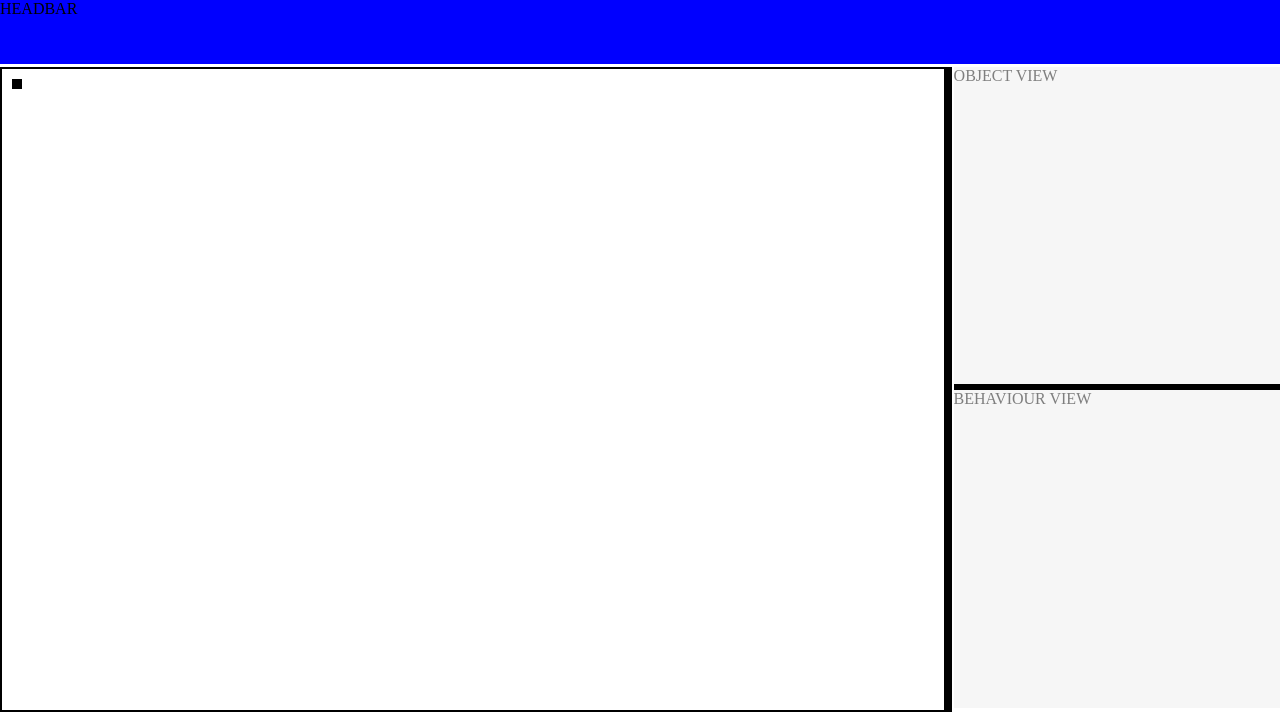
Repository: n-donnelly/onlinegameproto
Page: GameProto/WebContent/Content/main.html
The author's editor kept a record of every edit. The page is drawn from the files as they stood at one moment, then again after the next edit.
The browser window is 1280 px wide. The pictures show the whole page.
Some web libraries are served in a nearby version.

Above is the page before.
Console error: ReferenceError: go is not defined

After the next edit:
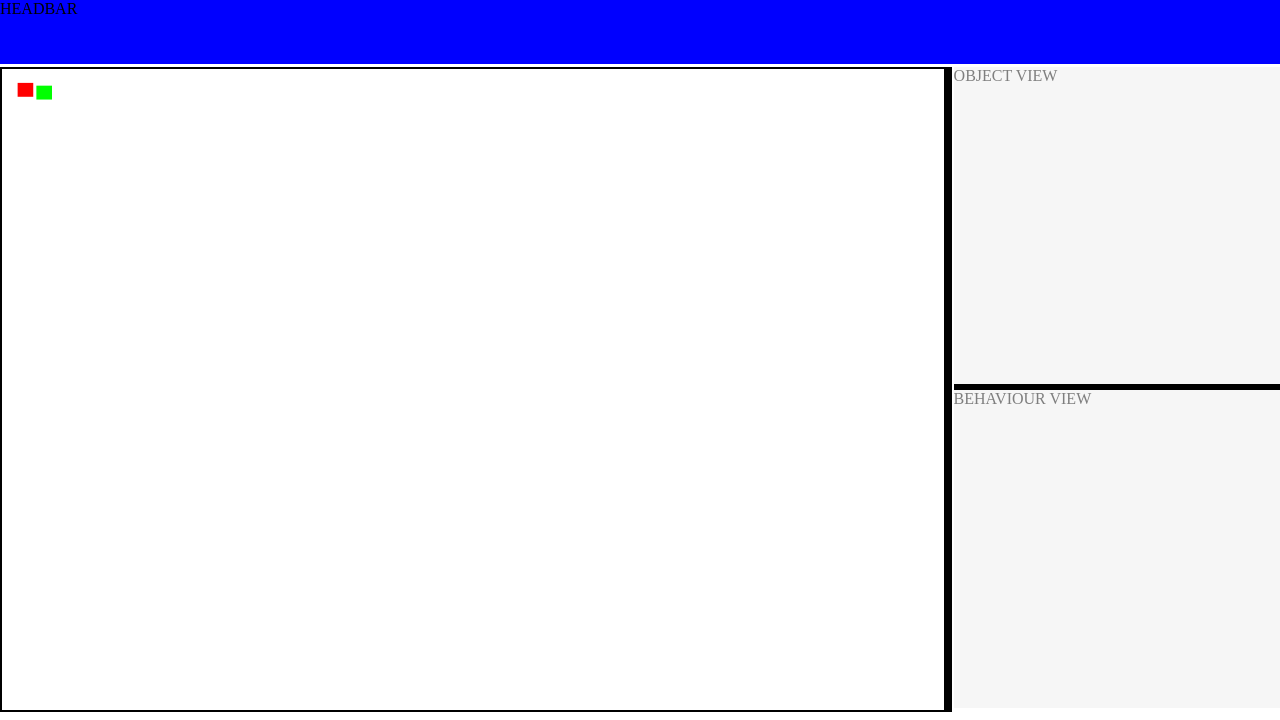
The error is gone.
The edit:
--- a/GameProto/WebContent/scripts/GameObject.js
+++ b/GameProto/WebContent/scripts/GameObject.js
@@ -93,7 +93,7 @@
     }
 
     this.update = function() {
-        go.update();
+        this.gObj.update();
     }
 
     this.getName = function() {
